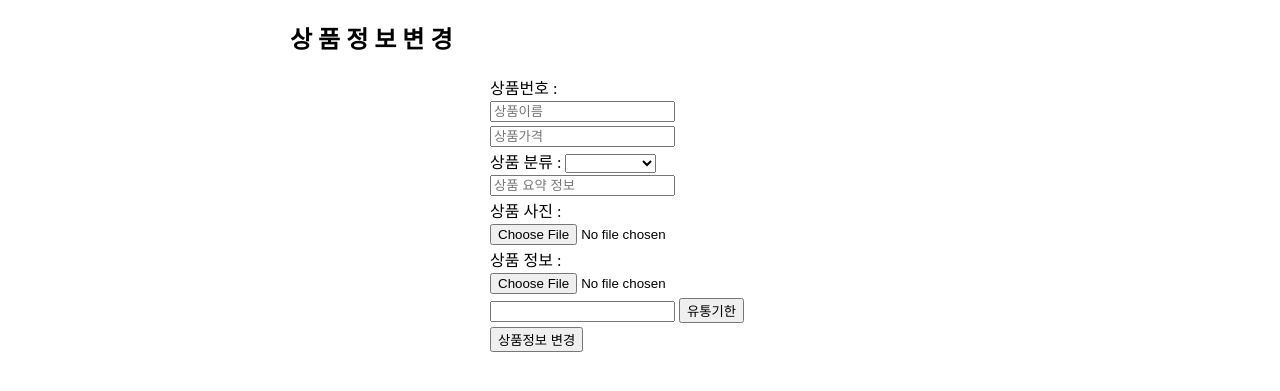
Repository: fellownew/project_workspace
Page: http://localhost/shoppingmall/WEB-INF/view/body/product/product_modify_form.jsp
An editor plug-in stored every save of this project. The page is shown before and after the next save, followed by the edit.
The browser window is 1280 px wide. The pictures show the whole page.
The page is served by Tomcat 9. Nobody is signed in. Other server files are loaded and not shown. The template is opened directly, without the code that normally fills it, so the values that code supplies are empty.

Above is the page before, as saved 2015-06-15 01:16:27.

### shoppingmall/WebContent/WEB-INF/view/body/product/product_modify_form.jsp
<%@ page contentType="text/html;charset=UTF-8"%>
<!DOCTYPE html>
<script type="text/javascript" src="${initParam.rootPath }/script/jquery.js"></script>
<script type="text/javascript" src="${initParam.rootPath }/script/date_picker.js"></script>
<script type="text/javascript">
var flag = true;
	$(document).ready(function(){
		$("#modifyBtn").on("click",function(){
			if($("#productId").val()==''  ||
					$("#productPrice").val()==''  ||
					$("#productInfo").val()==''  ||
					$("#expDate").val()=='' ){
					alert("입력정보를 확인하세요");
					return false;
				}
			if(!flag){
				alert("이미지 파일을 확인해주세요");
				return false;
			}
		});

		$("#upfile").on("change",function(){
			var path = $(this).val() ;
			var leng = path.length;
			var txt = path.substr(leng-3,3).toLowerCase() ;
			flag = true;
			if(txt != "jpg" && txt != "peg" && txt != "png" && txt != "gif" && txt != "bmp"){
				alert("jpg, jpeg, png, gif 파일만 등록 가능합니다.");
				flag = false;
			}
		});

		$("#infoUpfile").on("change",function(){
			var path = $(this).val();
			var leng = path.length;
			var txt = path.substr(leng-3,3).toLoserCase();
			flag = true;
			if((txt != "jpg") && (txt != "peg") && (txt != "png") && (txt != "gif") && (txt != "bmp")){
				alert("jpg, jpeg, png, gif 파일만 등록 가능합니다.");
				flag = false;
			}
		});

		$("#default").text(($("#"+$("#default").attr("value")).text()));

	});

</script>
<style>
#modify_form{
width:300px;
margin:0 auto;
text-align: left
}

#modify_form input{
	margin-top: 2px;
	margin-bottom: 2px;
}

#modify_form input[type="text"], #modify_form input[type="number"]{
	width: 220;
}

</style>

<div style="width: 700px;margin:0 auto">
<h2> 상 품 정 보 변 경 </h2>
	<div id="modify_form">
	상품번호 : ${requestScope.product.productId }
	<form action="${initParam.rootPath}/auth/modifyProduct.do" method="POST" enctype="multipart/form-data">
		<input type="text" id="productName" name="productName" placeholder="상품이름" value="${requestScope.product.productName }" required="required"/><br>
		<input type="number" id="productPrice" name="productPrice" placeholder="상품가격" value="${requestScope.product.productPrice }" required="required"/><br>
		상품 분류 :
		<select name="category" id="category">
			<option id="default" value="${requestScope.product.category }" selected="selected" disabled="disabled"></option>
			<option id="food" value="food">농/수/축산물</option>
			<option id ="fruit" value="fruit">과일/채소</option>
			<option id ="health" value="health">건강식품</option>
			<option id ="snack" value="snack">간식</option>
		</select><br>
		<input type="text" id="productInfo" name="productInfo" placeholder="상품 요약 정보" required="required" value="${requestScope.product.productInfo }"><br>
		상품 사진 : <input type="file" id="upfile" name="upfile"/><br>
		상품 정보 : <input type="file" id="infoUpfile" name="infoUpfile"/><br>
		<input type="text" id="expDate" name="expDate" required="required" value="${requestScope.product.expDate }">
		<input type="button" value="유통기한" onClick="datePicker(event,'expDate')"><br>
		<input type="hidden" name="productId" value="${requestScope.product.productId }"/>
		<input type="hidden" name="SellerId" value="${sessionScope.loginInfo.sellerId }"/>
		<input type="submit" id="modifyBtn" value="상품정보 변경">
	</form>
	</div>
</div>

### shoppingmall/WebContent/script/date_picker.js
// Calendar Script
// Licence : GPL (http://www.gnu.org/licenses/licenses.html#GPL)
// Update & Download  : http://www.ziwoo.net/zb/view.php?boardid=zb_ziwoo_javascript&uid=129
// This page was last modified on 2011.12.15 (Since 2010.04.11)

//ex1 : datePicker(event, 'targetFieldName');
//ex2 : datePicker(event, 'targetFieldName', 2);
//세번째 인자는 날짜를 입력할 타겟의 필드명이 복수인 경우를 위한 배열키.(기본값:0)

function datePicker(e, elm) {
	currentElement = (arguments[2])?document.getElementsByName(elm)[arguments[2]]:document.getElementsByName(elm)[0];
	var event = e || window.event;

	if(document.getElementById('currentDiv')) {
		document.getElementById("currentDiv").parentNode.removeChild(document.getElementById("currentDiv"));
	}

	if(arguments[0]){
		var eventX = event.clientX;
		var eventY = event.clientY;
		if(eventX>document.body.offsetWidth-182-40) eventX = document.body.offsetWidth-182-40;
		if(eventY>document.body.offsetHeight-158-40) eventY = document.body.offsetHeight-158-40;
		var calDivObj = document.createElement("div");
		calDivObj.setAttribute("id","currentDiv");
		calDivObj.style.width = '182px';
		calDivObj.style.height = '158px';
		calDivObj.style.border = "1px solid #D0D0D0";
		calDivObj.style.position = "absolute";
		calDivObj.style.top = eventY+document.body.scrollTop+10+'px';
		calDivObj.style.left = eventX+10+'px';
		calDivObj.style.zIndex = 100000;
		document.body.appendChild(calDivObj);
		fBuildHtml();
	}
}

function fBuildHtml() {
	var currentDate = new Date();
	var igYear = currentDate.getFullYear();
	var igMonth = currentDate.getMonth() + 1;
	var gMonths = new Array("1","2","3","4","5","6","7","8","9","10","11","12");
	var calHtml = "<table border='0' bgcolor='#C0C0C0'>";
	calHtml += "<tr style='font-size:9pt'>";
	calHtml += "<td valign='middle' align='center'>";
	calHtml += "<input type='button' name='PrevMonth' value='<' style='height:20px; width:20px; font:9pt Fixedsys;' onClick='fPrevMonth()'>";
	calHtml += " <select name='tbSelYear' style='font-size:9pt' onChange='fUpdateCal(tbSelYear.value, tbSelMonth.value)'>";
	for(i=1970;i<2030;i++) calHtml += "<OPTION value='"+i+"'>"+i+"</OPTION>";
	calHtml += "</select>";
	calHtml += " <select name='tbSelMonth' style='font-size:9pt' onChange='fUpdateCal(tbSelYear.value, tbSelMonth.value)'>";
	for (i=0; i<12; i++) calHtml += "<option value='"+(i+1)+"'>"+gMonths[i]+"</option>";
	calHtml += "</select>";
	calHtml += " <input type='button' name='PrevMonth' value='>' style='height:20px; width:20px; font:9pt Fixedsys;' onclick='fNextMonth()'>";
	calHtml += "</td>";
	calHtml += "</tr><tr>";
	calHtml += "<td align='center'>";
	calHtml += "<DIV><table width='100%' border='0' cellspacing='1' cellpadding='2'>";
	calHtml += fDrawCal(igYear,igMonth);
	calHtml += "</table></DIV>";
	calHtml += "</td>";
	calHtml += "</tr>";
	calHtml += "</td></tr>";
	calHtml += "</table>";

	document.getElementById('currentDiv').innerHTML = calHtml;
	fSetYearMon(igYear,igMonth);
}

function fDrawCal(iYear, iMonth) {
	var WeekDay = new Array("Sun","Mon","Tue","Wed","Thu","Fri","Sat");
	var calHtml = "<tr>";
	for(i=0; i<7; i++) calHtml += "<td bgcolor='White' width='20' valign='middle' align='center' style='font:bold 10px Tahoma; color:#C0C0C0;'>" + WeekDay[i] + "</td>";
	calHtml += "</tr>";
	var i = 0;
	for (w = 1; w < 7; w++) {
		calHtml += "<tr>";
		for (d = 0; d < 7; d++) {
			if(w==6 && d==6){
				calHtml += "<td bgcolor='#C0C0C0' width='20' valign='middle' align='center' style='padding:1px 0 0 3px; cursor:pointer;' onClick='datePicker()'>";
				calHtml += "<font color='White' face='Tahoma'>X</font>";
				calHtml += "</td>";
			}else{
				calHtml += "<td bgcolor='White' width='20' valign='middle' align='center' style='font:bold 10px Tahoma; cursor:pointer;' onMouseOver=\"this.bgColor='Pink'\" onMouseOut=\"this.bgColor='White'\" onClick='fSetSelected(this)'>";
				calHtml += "<font id='cellText_"+i+"'></font>";
				calHtml += "</td>";
			}
			i++;
		}
		calHtml += "</tr>";
	}
	return calHtml;
}

function fSetYearMon(iYear, iMon){
	var tbSelYear = document.getElementsByName('tbSelYear')[0];
	var tbSelMonth = document.getElementsByName('tbSelMonth')[0];
	tbSelMonth.options[iMon-1].selected = true;
	for (i = 0; i < tbSelYear.length; i++) if (tbSelYear.options[i].value == iYear) tbSelYear.options[i].selected = true;
	fUpdateCal(iYear, iMon);
}

function fPrevMonth(){
	var iMon = document.getElementsByName('tbSelMonth')[0].value;
	var iYear = document.getElementsByName('tbSelYear')[0].value;
	if (--iMon<1) {
		iMon = 12;
		iYear--;
	}
	fSetYearMon(iYear, iMon);
}

function fNextMonth(){
	var iMon = document.getElementsByName('tbSelMonth')[0].value;
	var iYear = document.getElementsByName('tbSelYear')[0].value;
	if (++iMon>12) {
		iMon = 1;
		iYear++;
	}
	fSetYearMon(iYear, iMon);
}

function fUpdateCal(iYear, iMonth) {
	myMonth = fBuildCal(iYear, iMonth);
	var currentDate = new Date();
	var igYear = currentDate.getFullYear();
	var igMonth = currentDate.getMonth() + 1;
	var igDate = currentDate.getDate();
	var i = 0;
	for (w = 0; w < 6; w++) for (d = 0; d < 7; d++) if(w!=5 || d!=6) {
		with (document.getElementById('cellText_'+parseInt((7*w)+d))) {
			if (myMonth[w+1][d]<0) {
				color = "#808080";
				innerHTML = -myMonth[w+1][d];
			}else{
				if(d==0) color = "red";
				else if(d==6) color = "blue";
				else color = "black";
				innerHTML = myMonth[w+1][d];
				if(iYear==igYear && iMonth==igMonth && innerHTML==igDate){
					parentNode.style.backgroundColor='#D8FF00';
				}else{
					parentNode.style.backgroundColor='';
				}
			}
		}
	}
}

function fBuildCal(iYear, iMonth) {
	var aMonth=new Array();
	for(i=1;i<7;i++) aMonth[i]=new Array(i);
	var dCalDate=new Date(iYear, iMonth-1, 1);
	var iDayOfFirst=dCalDate.getDay();
	var iDaysInMonth=new Date(iYear, iMonth, 0).getDate();
	var iOffsetLast=new Date(iYear, iMonth-1, 0).getDate()-iDayOfFirst+1;
	var iDate = 1;
	var iNext = 1;
	for (d = 0; d < 7; d++) aMonth[1][d] = (d<iDayOfFirst)?-(iOffsetLast+d):iDate++;
	for (w = 2; w < 7; w++) for (d = 0; d < 7; d++) if(w!=6 || d!=6) aMonth[w][d] = (iDate<=iDaysInMonth)?iDate++:-(iNext++);
	return aMonth;
}

function fSetSelected(aCell){
	var tbSelYear = document.getElementsByName('tbSelYear')[0];
	var tbSelMonth = document.getElementsByName('tbSelMonth')[0];
	var iOffset = 0;
	var iYear = parseInt(tbSelYear.value);
	var iMonth = parseInt(tbSelMonth.value);
	with (aCell.firstChild){
		var iDay = parseInt(innerHTML);
		if(aCell.parentNode.rowIndex<2 && iDay>15) iMonth--;
		if(aCell.parentNode.rowIndex>4 && iDay<15) iMonth++;
		if (iMonth<1) {
			iYear--;
			iMonth = 12;
		}else if (iMonth>12){
			iYear++;
			iMonth = 1;
		}
	}
	currentElement.value = iYear+"-"+(parseInt(iMonth+100).toString().substring(1,3))+"-"+(parseInt(iDay+100)).toString().substring(1,3);
	document.getElementById("currentDiv").parentNode.removeChild(document.getElementById("currentDiv"));
}

Loaded but not shown: shoppingmall/WebContent/script/jquery.js (library)

After the next save:
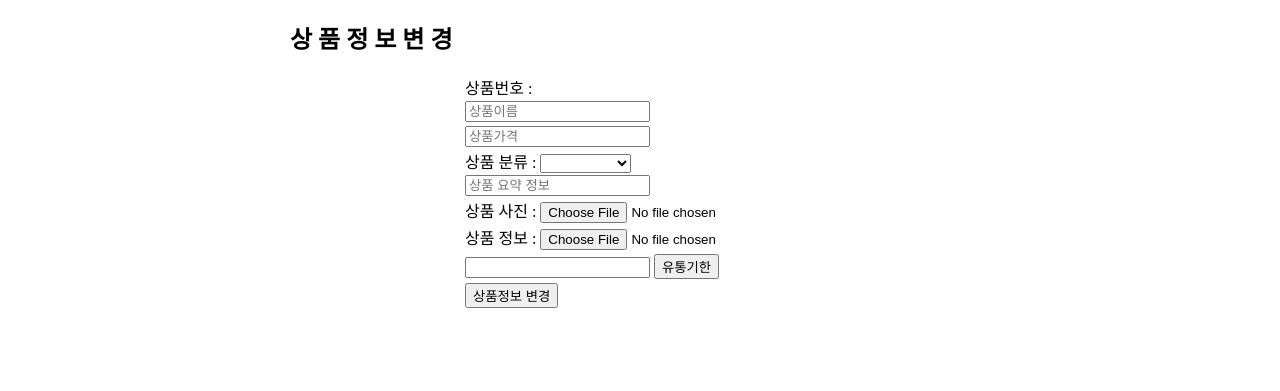
Saved 6 s later.
--- a/shoppingmall/WebContent/WEB-INF/view/body/product/product_modify_form.jsp
+++ b/shoppingmall/WebContent/WEB-INF/view/body/product/product_modify_form.jsp
@@ -48,9 +48,9 @@ var flag = true;
 </script>
 <style>
 #modify_form{
-width:300px;
-margin:0 auto;
-text-align: left
+	width:350px;
+	margin:0 auto;
+	text-align: left;
 }
 
 #modify_form input{
